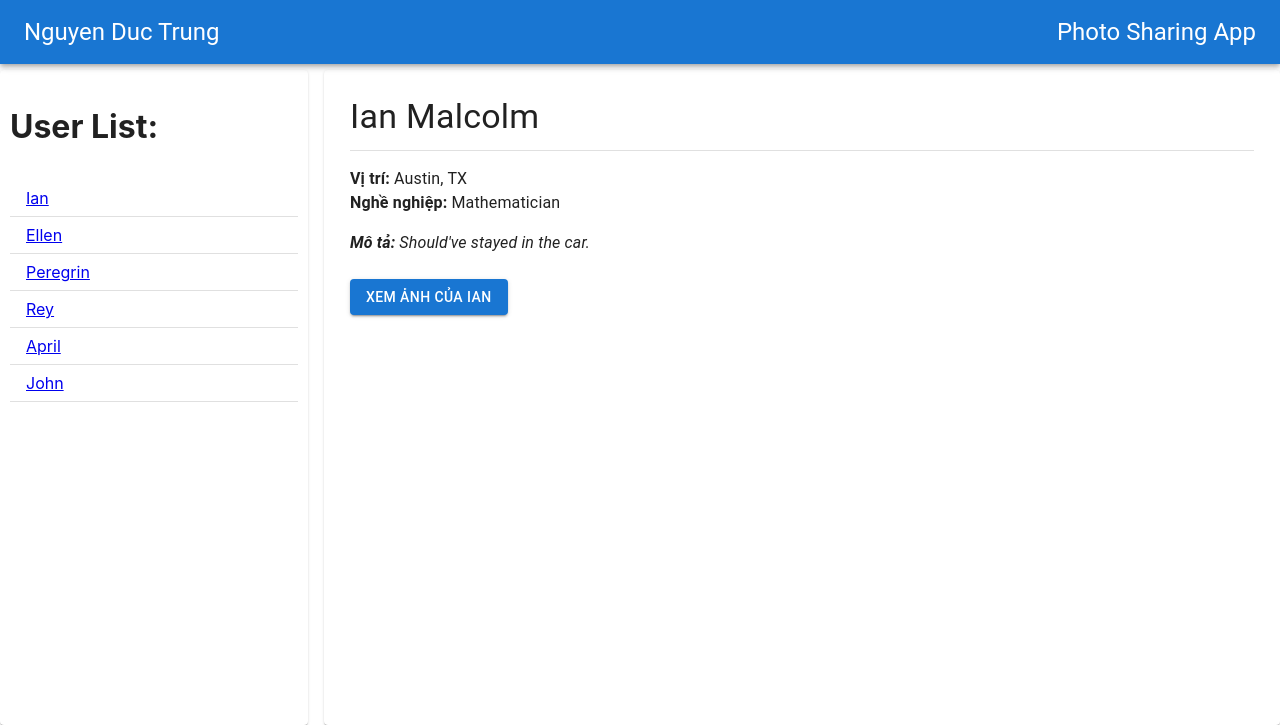
Repository: Trung0810/photo-sharing-v1
Page: /users/57231f1a30e4351f4e9f4bd7
These files come from the project's save history. The page is drawn as it stood at one moment and after a run of saves; the edit follows.
The browser window is 1280 px wide. The pictures show the whole page.
The project was rebuilt for these pictures with package versions that can differ from the ones it lists, and the page was loaded fresh each time. Also part of the build but not shown: src/modelData/models.js, src/components/UserPhotos/index.jsx.

Above is the page before, as saved 2026-04-04 15:35:23.

After the next 3 saves:
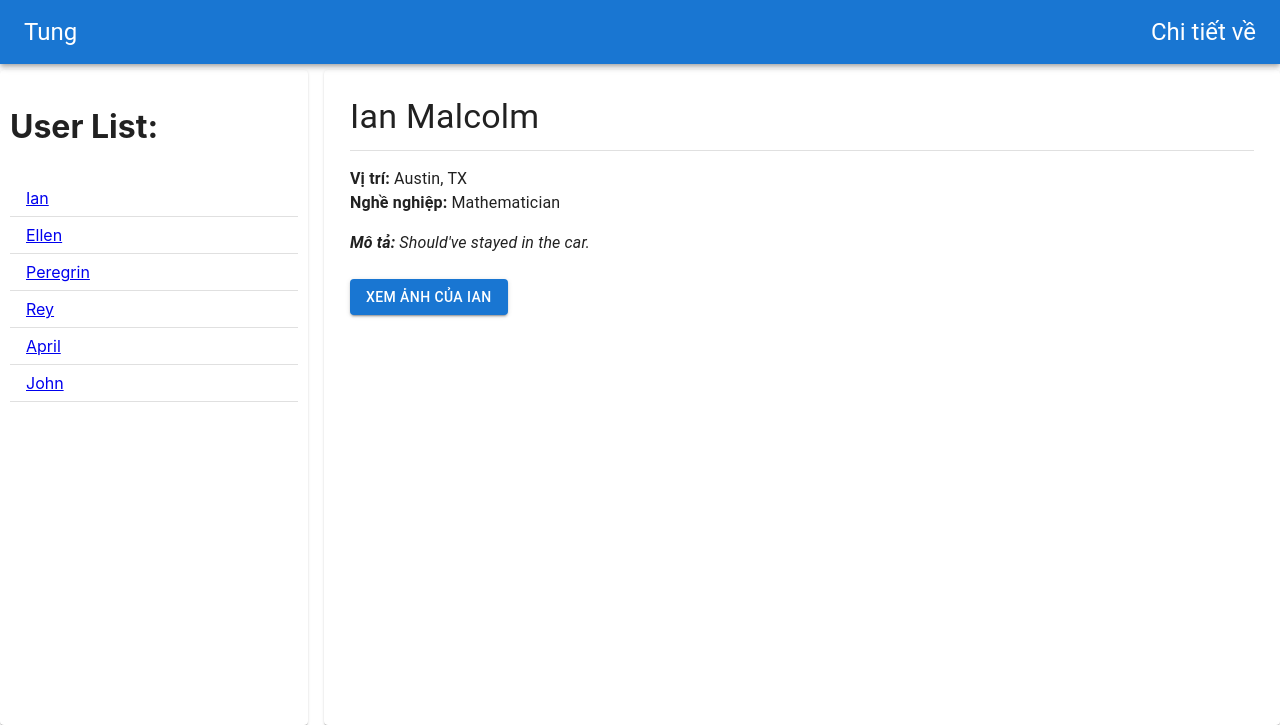
The 3 saves are shown as one change because 2 did not build or start.
The last was saved 106 s later.
--- a/src/components/TopBar/index.jsx
+++ b/src/components/TopBar/index.jsx
@@ -1,34 +1,39 @@
-import React, { useEffect, useState } from "react";
+import React, { useState, useEffect } from "react";
 import { AppBar, Toolbar, Typography } from "@mui/material";
-import { useLocation, useParams } from "react-router-dom";
+import { useLocation } from "react-router-dom";
+import fetchModel from "../../lib/fetchModelData";
 import "./styles.css";
 import models from "../../modelData/models";
 
 function TopBar() {
   const location = useLocation();
-  const { userId } = useParams();
-
-  const [title, setTitle] = useState("Photo Sharing App");
+  const [userName, setUserName] = useState("");
+  const path = location.pathname;
 
   useEffect(() => {
-    if (location.pathname.startsWith("/users/") && userId) {
+    const parts = path.split("/");
+    if ((parts[1] === "users" || parts[1] === "photos") && parts[2]) {
+      const userId = parts[2];
       const user = models.userModel(userId);
-      console.log(user.first_name);
-      setTitle(`${user.first_name} ${user.last_name}`);
-    } else if (location.pathname.startsWith("/photos/") && userId) {
-      const user = models.userModel(userId);
-      setTitle(`Photos of ${user.first_name}`);
+    } else {
+      setUserName("");
     }
-  }, []);
+  }, [path]);
+
+  const getContextText = () => {
+    if (path.startsWith("/users/")) return `Chi tiết về ${userName}`;
+    if (path.startsWith("/photos/")) return `Ảnh của ${userName}`;
+    return "";
+  };
 
   return (
     <AppBar className="topbar-appBar" position="absolute">
       <Toolbar>
         <Typography variant="h5" color="inherit" sx={{ flexGrow: 1 }}>
-          Nguyen Duc Trung
+          Tung
         </Typography>
         <Typography variant="h5" color="inherit">
-          {title}
+          {getContextText()}
         </Typography>
       </Toolbar>
     </AppBar>
